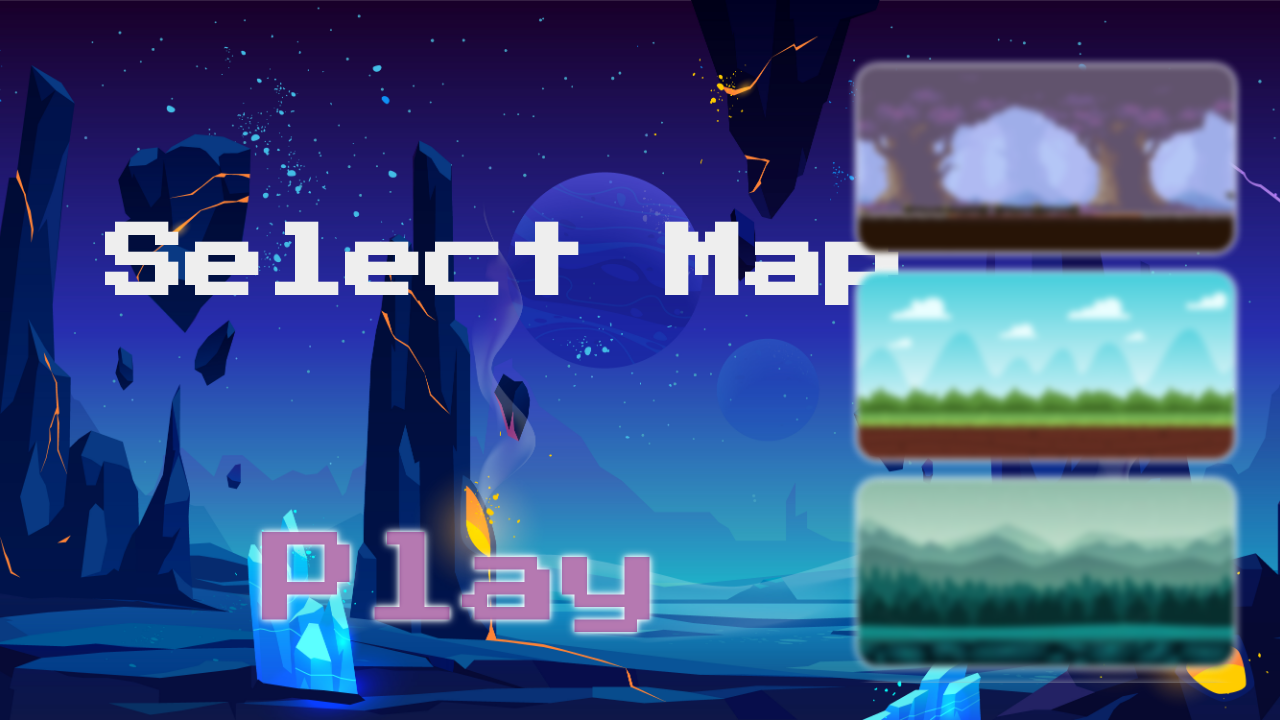
Repository: Gaurav31052/Fighting-game
Page: home.html
These files come from the project's save history. The page is drawn as it stood at one moment and after the next save; the edit follows.
The browser window is 1280 px wide. The pictures show the whole page.
An inner scrolling area shows only its first screen.

Above is the page before, as saved 2024-06-06 23:31:15.

After the next save:
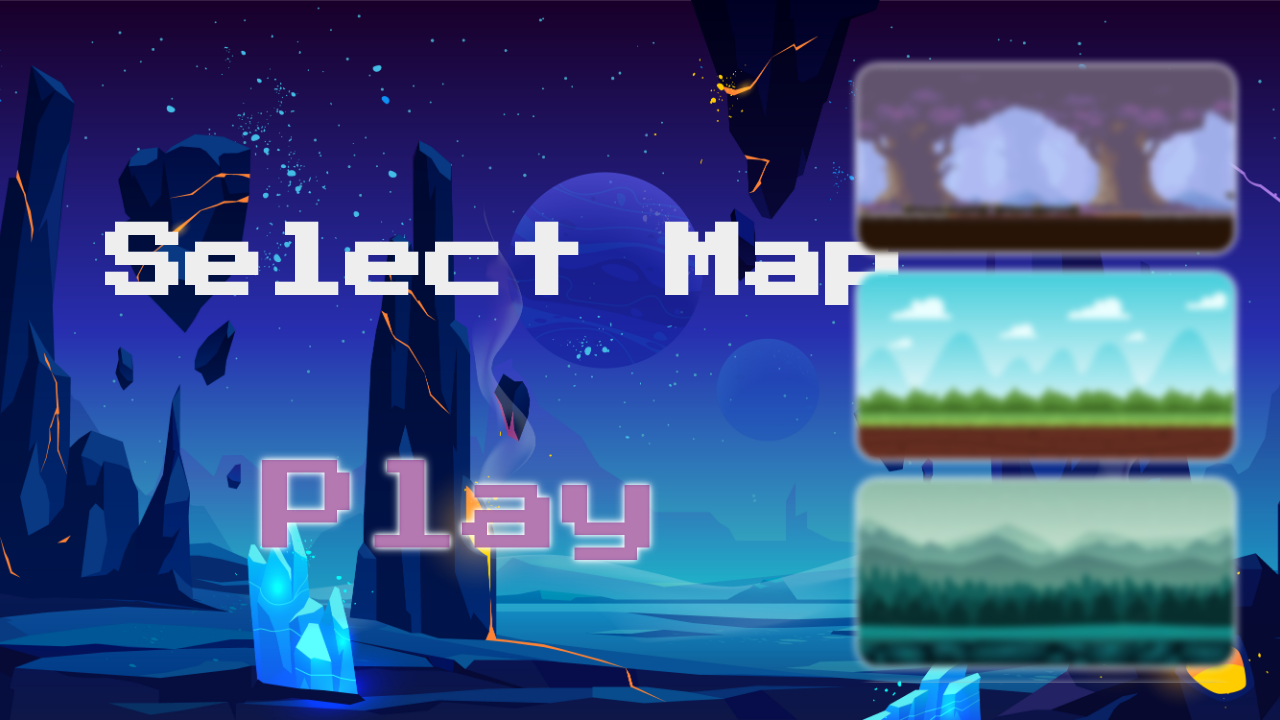
Saved 15 s later.
--- a/style.css
+++ b/style.css
@@ -39,7 +39,7 @@ a {
 .carousel .list .item button {
 
     position: absolute;
-    top: 60%;
+    top: 50%;
     left: 20%;
     font-size: 100px;
     font-family: "Press Start 2P", system-ui;
